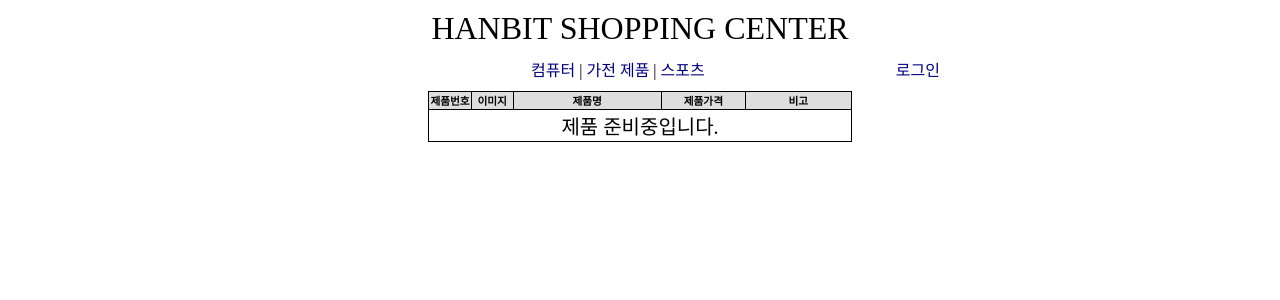
Repository: xlz5000/ICT
Page: http://localhost/spring_mvc02/WEB-INF/views/day08/product_list.jsp
An editor plug-in stored every save of this project. The page is shown before and after the next save, followed by the edit.
The browser window is 1280 px wide. The pictures show the whole page.
The page is served by Tomcat 9. Nobody is signed in. The template is opened directly, without the code that normally fills it, so the values that code supplies are empty.

Above is the page before, as saved 2025-04-16 03:18:49.

After the next save:
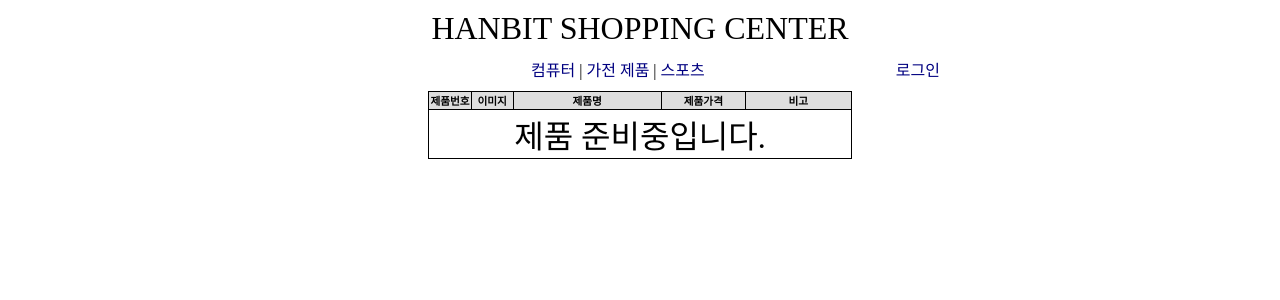
Saved 30 s later.
--- a/spring_mvc02/src/main/webapp/WEB-INF/views/day08/product_list.jsp
+++ b/spring_mvc02/src/main/webapp/WEB-INF/views/day08/product_list.jsp
@@ -47,8 +47,8 @@
 	<tbody>
 		<c:choose>
 			<c:when test="${empty shop_list}">
-				<tr style="margin: 20px;">
-					<td colspan="5"><span style="font-size: 20px; margin-top: 30px;">제품 준비중입니다.</span></td>
+				<tr >
+					<td colspan="5"><span style="font-size: 32px; margin-top: 30px; ">제품 준비중입니다.</span></td>
 				</tr>
 			</c:when>
 			<c:otherwise>
